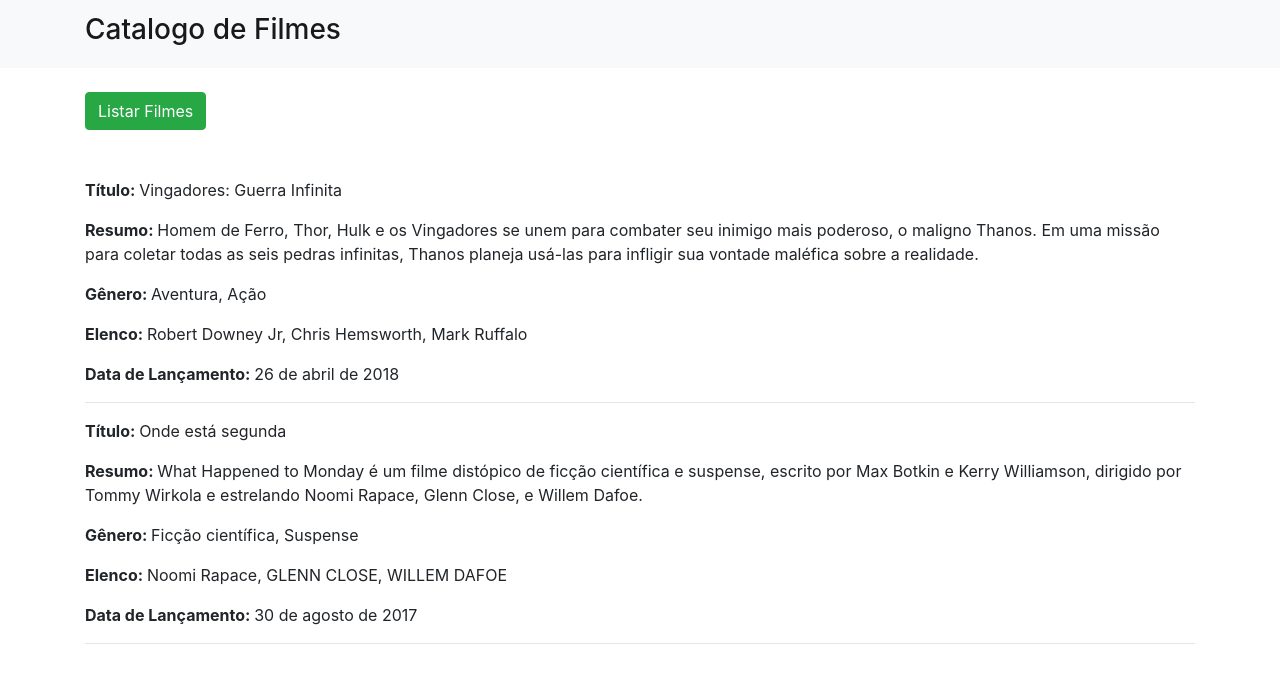
Repository: FredeRibeiro/htdocs-Desenvolvimento-Web-Completo-2019
Page: ajax/filmes.html
The author's editor kept a copy of each file at every save. The page is drawn from the files as they stood at one save, then again after the next save.
The browser window is 1280 px wide. The pictures show the whole page.
After loading, the first visible `button.btn` was clicked once.

Above is the page before, as saved 2019-10-16 14:32:35.

### ajax/filmes.html
<!DOCTYPE html>
<html lang="en">
<head>
	<meta charset="UTF-8">
	<meta name="viewport" content="width=device-width, initial-scale=1.0">
	<meta http-equiv="X-UA-Compatible" content="ie=edge">

	<link rel="stylesheet" href="https://stackpath.bootstrapcdn.com/bootstrap/4.1.3/css/bootstrap.min.css"
		integrity="sha384-MCw98/SFnGE8fJT3GXwEOngsV7Zt27NXFoaoApmYm81iuXoPkFOJwJ8ERdknLPMO" crossorigin="anonymous">

		<script src="xmltojson.js"></script>

		<script>
			function getFilmes() {

				let xmlHttp = new XMLHttpRequest();

				xmlHttp.open('GET', 'http://localhost/ajax/filmes.xml');

				xmlHttp.onreadystatechange = () => {
					if (xmlHttp.readyState == 4 && xmlHttp.status == 200) {
						let XMLFilmes = xmlHttp.responseText

						let parser = new DOMParser();

						domFilmes = parser.parseFromString(XMLFilmes, 'text/xml');

						jsonFilmes = xmlToJson(domFilmes)

						console.log(jsonFilmes);


						for(let i in jsonFilmes['filmes']['filme']){

							let item = jsonFilmes['filmes']['filme'][i];

							let divRow = document.createElement('div')
							divRow.className = 'row'

							let divCol = document.createElement('div')
								divCol.className = 'col'

							let p1 = document.createElement('p')
								p1.innerHTML = '<strong> Título: </strong>' + item['titulo']['#text'] ;
							let p2 = document.createElement('p')
								p2.innerHTML = '<strong> Resumo: </strong>'  + item['resumo']['#text'] ;

								let genero  = '';

								for(let g in item.genero){
									if (genero) genero += ', '

									genero += item.genero[g]['#text'];
								}

							let p3 = document.createElement('p')
								p3.innerHTML = '<strong> Gênero: </strong>' + genero;

								let elenco = '';

							for (let e in item.elenco.ator) {
								if (elenco) elenco += ', '

								elenco += item.elenco.ator[e]['#text'];
							}

							let p4 = document.createElement('p')
								p4.innerHTML = '<strong> Elenco: </strong>'  + elenco;
							let p5 = document.createElement('p')
								p5.innerHTML = '<strong> Data de Lançamento: </strong>' + item.dataLancamento['#text'];

							let hr = document.createElement('hr');

								divRow.appendChild(divCol);
								divCol.appendChild(p1);
								divCol.appendChild(p2);
								divCol.appendChild(p3);
								divCol.appendChild(p4);
								divCol.appendChild(p5);
								divCol.appendChild(hr);


							document.getElementById('lista').appendChild(divRow)

						}
					}

					if (xmlHttp.readyState == 4 && xmlHttp.status == 404) {
						//..
					}
				}

				xmlHttp.send();

			}
		</script>


	<title>Catalogo de Filmes</title>


</head>
<body>
	<nav class="navbar navbar-light bg-light mb-4">
		<div class="container">
			<div class="navbar-brand mb-0 h1">
				<h3>Catalogo de Filmes</h3>
			</div>
		</div>
	</nav>

	<div class="container" id="lista">
		<div class="row mb-5">
			<div class="col">
				<button class="btn btn-success" type="button" onclick="getFilmes()">Listar Filmes</button>
			</div>
		</div>
	</div>
</body>
</html>

### ajax/xmltojson.js
function xmlToJson(xml) {


    var obj = {}, i, j, attribute, item, nodeName, old;

    if (xml.nodeType === 1) { // element
        // do attributes
        if (xml.attributes.length > 0) {
            obj["@attributes"] = {};
            for (j = 0; j < xml.attributes.length; j = j + 1) {
                attribute = xml.attributes.item(j);
                obj["@attributes"][attribute.nodeName] = attribute.nodeValue;
            }
        }
    } else if (xml.nodeType === 3) { // text
        obj = xml.nodeValue.trim();
    }

    // do children
    if (xml.hasChildNodes()) {
        for (i = 0; i < xml.childNodes.length; i = i + 1) {
            item = xml.childNodes.item(i);
            nodeName = item.nodeName;
            if ((obj[nodeName]) === undefined) {
                obj[nodeName] = xmlToJson(item);
            } else {
                if ((obj[nodeName].push) === undefined) {
                    old = obj[nodeName];
                    obj[nodeName] = [];
                    obj[nodeName].push(old);
                }
                obj[nodeName].push(xmlToJson(item));
            }
        }
    }
    return obj;
};

After the next save:
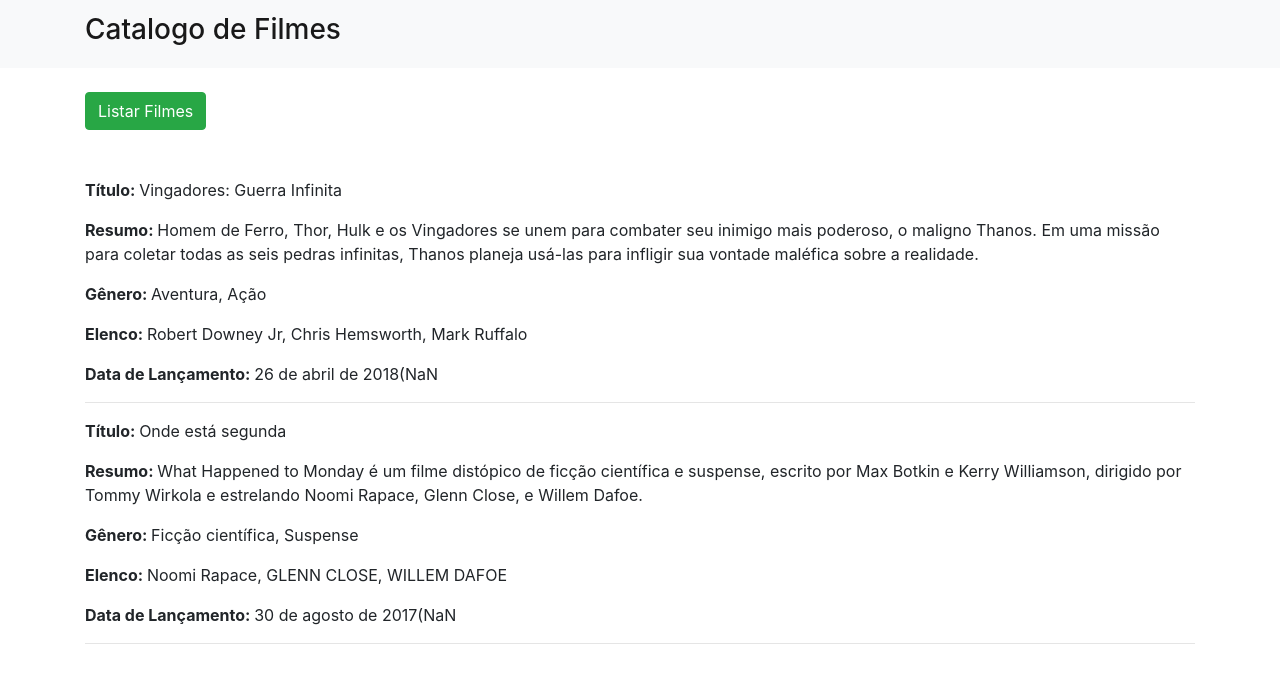
Saved 31 s later.
--- a/ajax/filmes.html
+++ b/ajax/filmes.html
@@ -67,7 +67,7 @@
 							let p4 = document.createElement('p')
 								p4.innerHTML = '<strong> Elenco: </strong>'  + elenco;
 							let p5 = document.createElement('p')
-								p5.innerHTML = '<strong> Data de Lançamento: </strong>' + item.dataLancamento['#text'];
+								p5.innerHTML = '<strong> Data de Lançamento: </strong>' + item.dataLancamento['#text'] + '(' +  +')';
 
 							let hr = document.createElement('hr');
 
